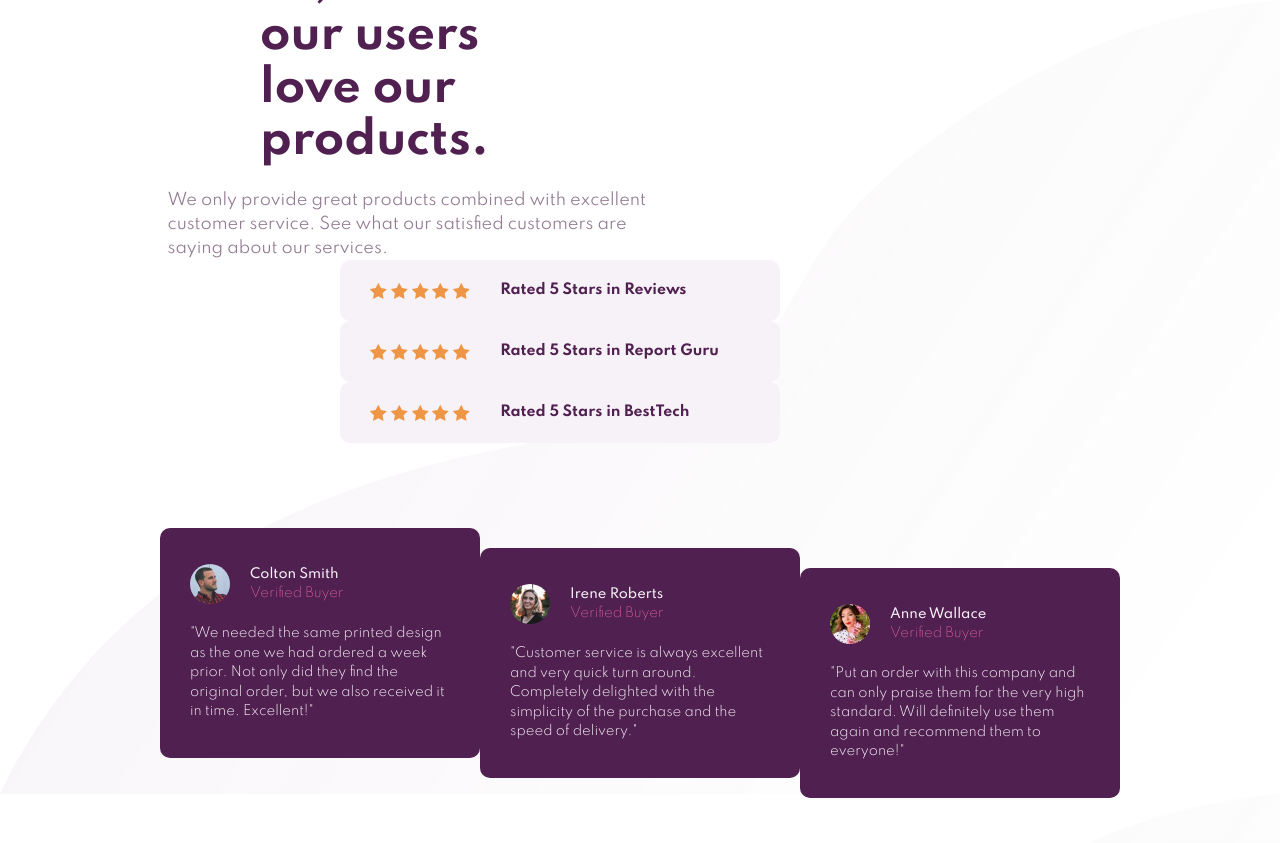
Repository: metehankasapp/social-proof-section-master
Page: index.html
An editor plug-in stored every save of this project. The page is shown before and after the next save, followed by the edit.
The browser window is 1280 px wide. The pictures show the whole page.
Some web libraries are served in a nearby version.

Above is the page before, as saved 2021-12-05 09:15:04.

After the next save:
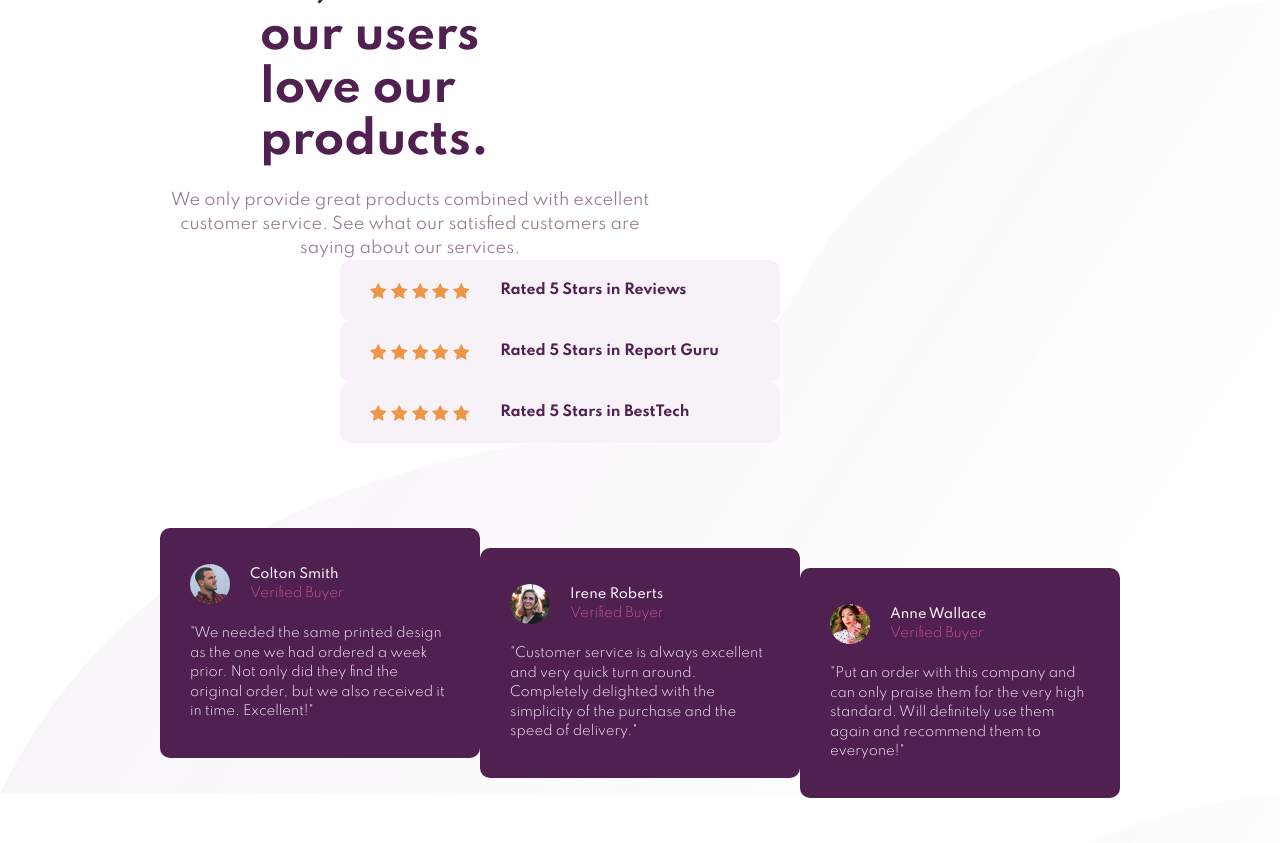
Saved 16 s later.
--- a/style.css
+++ b/style.css
@@ -45,7 +45,8 @@
 }
 
 .header-text {
-  font-size: 15px;
+  font-size: 14px;
+  text-align: center;
   color: hsl(303, 10%, 53%);
 }
 

After the save that followed:
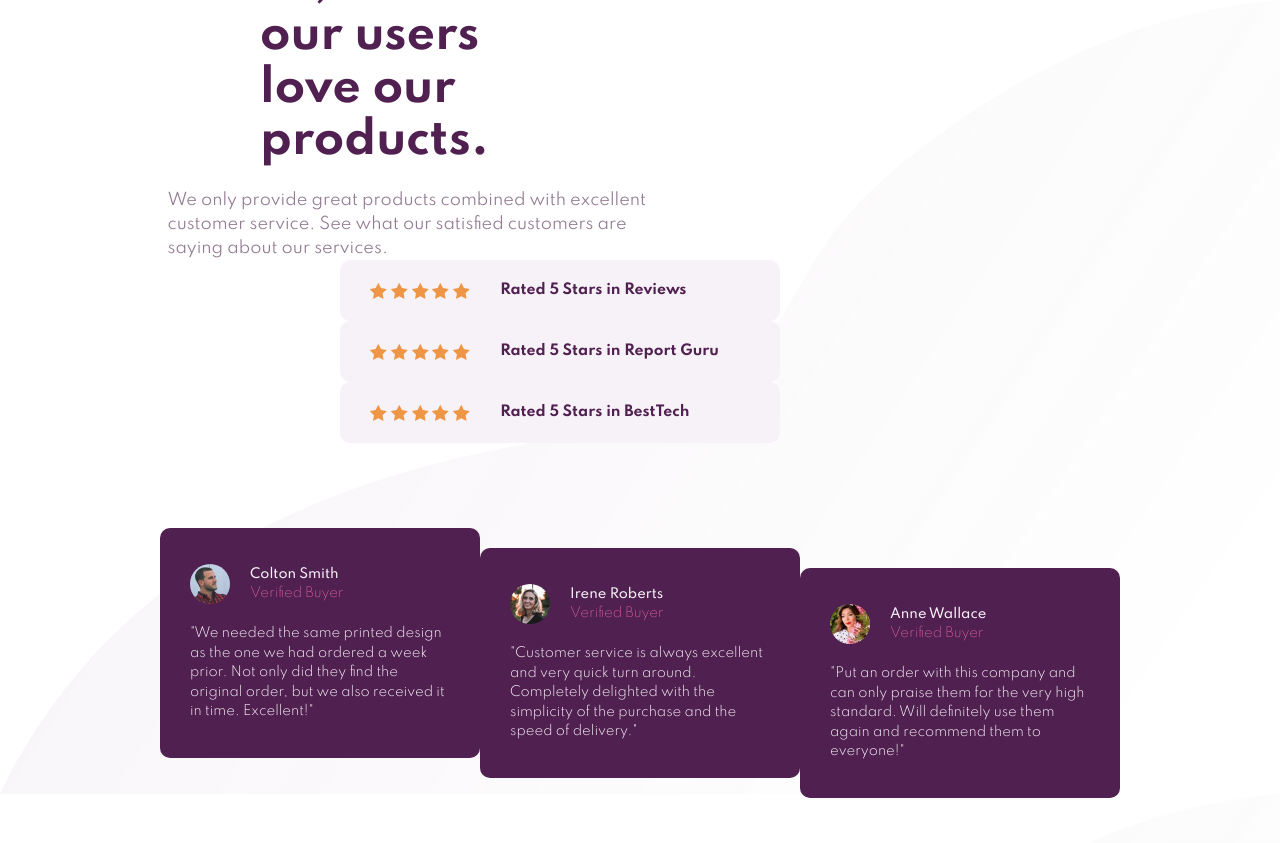
Saved 12 s later.
--- a/style.css
+++ b/style.css
@@ -195,6 +195,8 @@
   }
 
   .header-text {
+
+  text-align: start;
     font-size: 16px;
     color: hsl(303, 10%, 53%);
   }
